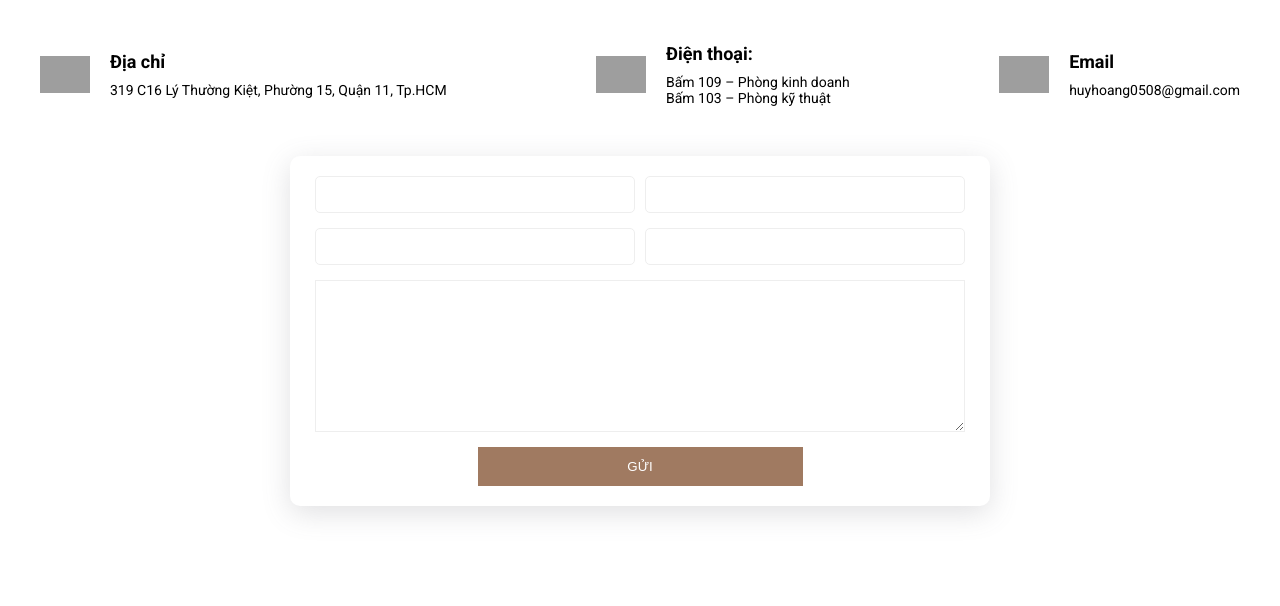
Repository: web345/WEBNANGCAO-clock-
Page: contact.html
These files come from the project's save history. The page is drawn as it stood at one moment and after the next save; the edit follows.
The browser window is 1280 px wide. The pictures show the part of the page from y = 678 to 1285 px (the page is 1284 px tall before and 1285 px after).
Pictures or frames that could not be fetched are drawn as grey boxes. Some web libraries are served in a nearby version.

Above is the page before, as saved 2021-09-10 20:36:35.

### contact.html
<!DOCTYPE html>
<html lang="en">
  <head>
    <meta charset="UTF-8" />
    <meta http-equiv="X-UA-Compatible" content="IE=edge" />
    <meta name="viewport" content="width=device-width, initial-scale=1.0" />
    <title>Document</title>
    <link rel="preconnect" href="https://fonts.gstatic.com" />
    <link
      href="https://fonts.googleapis.com/css2?family=Roboto:ital,wght@0,100;0,300;0,400;0,500;0,700;0,900;1,100;1,300;1,400;1,500;1,700;1,900&display=swap"
      rel="stylesheet"
    />
    <link rel="stylesheet" href="./CSS/index.css" />
    <link rel="stylesheet" href="./CSS/contact.css" />
    <link
      rel="stylesheet"
      href="https://cdnjs.cloudflare.com/ajax/libs/font-awesome/5.15.3/css/all.min.css"
    />
    <!-- thư viện slick slider  -->
    <link
      rel="stylesheet"
      type="text/css"
      href="//cdn.jsdelivr.net/npm/slick-carousel@1.8.1/slick/slick.css"
    />
  </head>
  <body>
    <header>
      <div class="header-1">
        <div class="container">
          <div class="header-1-s">
            <div class="header-1-item-1">
              <p class="header-1-item-text-1">
                <i class="fas fa-map-marker-alt icon"></i> 319 - C16 Lý Thường
                Kiệt, P.15, Q.11, Tp.HCM
              </p>
              <p class="header-1-item-text-1">
                <i class="fas fa-phone-alt icon"></i>
                <a href="" class="header-1-item-text-link">076 922 0162</a>
              </p>
            </div>
            <div class="header-1-item-1">
              <p class="header-1-item-text-2">
                <a href="" class="header-1-item-text-link"
                  ><i class="fab fa-facebook-f"></i
                ></a>
              </p>
              <p class="header-1-item-text-2">
                <a href="" class="header-1-item-text-link"
                  ><i class="fab fa-instagram"></i
                ></a>
              </p>
              <p class="header-1-item-text-2">
                <a href="" class="header-1-item-text-link"
                  ><i class="fab fa-twitter"></i
                ></a>
              </p>
            </div>
          </div>
        </div>
      </div>

      <div class="header-2">
        <div class="container">
          <div class="header-2-s">
            <div class="header-2-logo">
              <img src="./logo/logo-mona-2.png" alt="" />
            </div>

            <div class="header-2-search">
              <input type="text" placeholder="Tìm kiếm" />
              <button type="submit"><i class="fas fa-search"></i></button>
            </div>

            <div class="header-2-right">
              <p class="header-2-right-text">
                <a href=""><i class="fas fa-heart"></i></a>
              </p>
              <p class="header-2-right-cart">
                <span class="header-2-right-number">0</span>
              </p>
            </div>
          </div>
        </div>
      </div>

      <!-- lam phan icon de dropmenu khi responsive -->
      <input type="checkbox" id="toggle-menu" />
      <label for="toggle-menu" class="header-icon-responsive">
        <i class="fas fa-bars" id="header-icon1"></i>
        <i class="fas fa-times" id="header-icon2"></i>
      </label>
      <div class="header-3">
        <div class="header-3-s">
          <ul class="header-3-list">
            <li class="header-3-list-item active">
              <a href="./index.html" class="header-3-list-item-link"
                >Trang chủ</a
              >
            </li>
            <li class="header-3-list-item">
              <a href="./introduce.html" class="header-3-list-item-link"
                >Giới thiệu</a
              >
            </li>
            <li class="header-3-list-item">
              <a href="./product-boy.html" class="header-3-list-item-link"
                >đồng hồ nam</a
              >
            </li>
            <li class="header-3-list-item">
              <a href="./product-girl.html" class="header-3-list-item-link"
                >đồng hồ nữ</a
              >
            </li>
            <li class="header-3-list-item">
              <a href="./news.html" class="header-3-list-item-link">blogs</a>
            </li>
            <li class="header-3-list-item">
              <a href="./contact.html" class="header-3-list-item-link"
                >liên hệ</a
              >
            </li>
            <li class="header-3-list-item">
              <a href="" class="header-3-list-item-link">Đăng nhập</a>
            </li>
            <li class="header-3-list-item header-3-list-item-mobile">
              <div class="header-3-list-item-search">
                <input
                  type="text"
                  name=""
                  id=""
                  class="header-3-list-item-search-input"
                  placeholder="Tìm kiếm"
                />
                <button class="header-3-list-item-search-btn" type="submit">
                  <i class="fas fa-search"></i>
                </button>
              </div>
            </li>
          </ul>
        </div>
      </div>
    </header>
    <!-- hết phần header  -->

    <div class="contact">
      <div class="container">
        <div class="contact-maps">
          <div class="contact__maps-epu">
            <iframe
              src="https://www.google.com/maps/embed?pb=!1m18!1m12!1m3!1d3723.657060482336!2d105.78272751429809!3d21.04640359255304!2m3!1f0!2f0!3f0!3m2!1i1024!2i768!4f13.1!3m3!1m2!1s0x3135abb158a2305d%3A0x5c357d21c785ea3d!2zVHLGsOG7nW5nIMSQ4bqhaSBo4buNYyDEkGnhu4duIEzhu7Fj!5e0!3m2!1svi!2s!4v1631268219230!5m2!1svi!2s"
              width="1200"
              height="450"
              style="border: 0"
              allowfullscreen=""
              loading="lazy"
            ></iframe>
          </div>
        </div>
        <div class="contact-list">
          <div class="contact-item">
            <img src="./contact/contact1.PNG" alt="" class="contact-image" />
            <div class="contact-info">
              <h3 class="info-name">Địa chỉ</h3>
              <p class="info-desc">
                319 C16 Lý Thường Kiệt, Phường 15, Quận 11, Tp.HCM
              </p>
            </div>
          </div>
          <div class="contact-item">
            <img src="./contact/contact2.PNG" alt="" class="contact-image" />
            <div class="contact-info">
              <h3 class="info-name">Điện thoại:</h3>
              <p class="info-desc">Bấm 109 – Phòng kinh doanh</p>
              <p class="info-desc">Bấm 103 – Phòng kỹ thuật</p>
            </div>
          </div>
          <div class="contact-item">
            <img src="./contact/contact3.PNG" alt="" class="contact-image" />
            <div class="contact-info">
              <h3 class="info-name">Email</h3>
              <p class="info-desc">huyhoang0508@gmail.com</p>
            </div>
          </div>
        </div>
        <form action="#">
          <div class="form-group">
            <input type="text" class="contact-form" />
            <input type="text" class="contact-form" />
          </div>
          <div class="form-group">
            <input type="text" class="contact-form" />
            <input type="text" class="contact-form" />
          </div>
          <div class="form-group">
            <textarea name="" id="" cols="30" rows="10"></textarea>
          </div>
          <button type="submit" class="btn-contact">Gửi</button>
        </form>
      </div>
    </div>

    <!-- làm phần footer  -->
    <!-- <footer>
      <div class="container">
        <div class="footer-s">
          <div class="row2">
            <div class="footer-item footer-item-1">
              <h2 class="footer-item-tittle">THÔNG TIN LIÊN HỆ</h2>
              <div class="footer-item-list">
                <div class="footer-item-list-item">
                  <div class="footer-item-list-item-icon">
                    <i class="fas fa-map-marker-alt"></i>
                  </div>
                  <div class="footer-item-list-item-text">
                    <p>
                      <a href=""
                        >319 C16 Lý Thường Kiệt, Phường 15, Quận 11, Tp.HCM</a
                      >
                    </p>
                  </div>
                </div>

                <div class="footer-item-list-item">
                  <div class="footer-item-list-item-icon">
                    <i class="fas fa-phone-alt"></i>
                  </div>
                  <div class="footer-item-list-item-text">
                    <p><a href="">076 922 0162</a></p>
                  </div>
                </div>

                <div class="footer-item-list-item">
                  <div class="footer-item-list-item-icon">
                    <i class="fas fa-envelope-open-text"></i>
                  </div>
                  <div class="footer-item-list-item-text">
                    <p><a href="">demonhunterg@gmail.com mon@mona.media</a></p>
                  </div>
                </div>

                <div class="footer-item-list-item">
                  <div class="footer-item-list-item-icon">
                    <i class="fab fa-skype"></i>
                  </div>
                  <div class="footer-item-list-item-text">
                    <p><a href="">demonhunterp</a></p>
                  </div>
                </div>
              </div>
              <div class="footer-item-icon">
                <div class="footer-item-icon-item footer-item-icon-item-face">
                  <a href=""><i class="fab fa-facebook-f"></i></a>
                </div>
                <div class="footer-item-icon-item footer-item-icon-item-insta">
                  <a href=""><i class="fab fa-instagram"></i></a>
                </div>
                <div
                  class="footer-item-icon-item footer-item-icon-item-twitter"
                >
                  <a href=""><i class="fab fa-twitter"></i></a>
                </div>
                <div class="footer-item-icon-item footer-item-icon-item-wifi">
                  <a href=""><i class="fas fa-wifi"></i></a>
                </div>
                <div class="footer-item-icon-item footer-item-icon-item-linked">
                  <a href=""><i class="fab fa-linkedin-in"></i></a>
                </div>
              </div>
            </div>

            <div class="footer-item footer-item-1">
              <h2 class="footer-item-tittle">LIÊN KẾT</h2>
              <div class="footer-item-list">
                <div class="footer-item-list-item">
                  <div class="footer-item-list-item-text">
                    <p><a href="./introduce.html">Giới thiệu</a></p>
                  </div>
                </div>

                <div class="footer-item-list-item">
                  <div class="footer-item-list-item-text">
                    <p><a href="./product-boy.html">Đồng hồ nam</a></p>
                  </div>
                </div>

                <div class="footer-item-list-item">
                  <div class="footer-item-list-item-text">
                    <p><a href="./product-girl.html">Đồng hồ nữ</a></p>
                  </div>
                </div>

                <div class="footer-item-list-item">
                  <div class="footer-item-list-item-text">
                    <p><a href="./news.html">Blogs</a></p>
                  </div>
                </div>

                <div class="footer-item-list-item">
                  <div class="footer-item-list-item-text">
                    <p><a href="./contact.html">Liên hệ</a></p>
                  </div>
                </div>
              </div>
            </div>

            <div class="footer-item footer-item-1">
              <h2 class="footer-item-tittle">HỖ TRỢ</h2>
              <div class="footer-item-list">
                <div class="footer-item-list-item">
                  <div class="footer-item-list-item-text">
                    <p><a href="./introduce.html">Hướng dẫn mua hàng</a></p>
                  </div>
                </div>

                <div class="footer-item-list-item">
                  <div class="footer-item-list-item-text">
                    <p><a href="./introduce.html">Hướng dẫn thanh toán</a></p>
                  </div>
                </div>

                <div class="footer-item-list-item">
                  <div class="footer-item-list-item-text">
                    <p><a href="./introduce.html">Chính sách bảo hành</a></p>
                  </div>
                </div>

                <div class="footer-item-list-item">
                  <div class="footer-item-list-item-text">
                    <p><a href="./introduce.html">Chính sách đổi trả</a></p>
                  </div>
                </div>

                <div class="footer-item-list-item">
                  <div class="footer-item-list-item-text">
                    <p><a href="./contact.html">Tư vấn khách hàng</a></p>
                  </div>
                </div>
              </div>
            </div>

            <div class="footer-item footer-item-4">
              <h2 class="footer-item-tittle">TẢI ỨNG DỤNG TRÊN</h2>
              <div class="footer-item-list">
                <div class="footer-item-list-item">
                  <div class="footer-item-list-item-text">
                    <p>
                      <a href=""
                        >Ứng dụng Mona Watch hiện có sẵn trên Google Play & App
                        Store. Tải nó ngay.</a
                      >
                    </p>
                  </div>
                </div>

                <div class="footer-item-list-item">
                  <img
                    class="footer-item-list-item-img"
                    src="http://mauweb.monamedia.net/donghohaitrieu/wp-content/uploads/2019/07/img-googleplay.jpg"
                    alt=""
                  />
                </div>

                <div class="footer-item-list-item">
                  <img
                    class="footer-item-list-item-img"
                    src="http://mauweb.monamedia.net/donghohaitrieu/wp-content/uploads/2019/07/img-appstore.jpg"
                    alt=""
                  />
                </div>
              </div>
            </div>
          </div>
        </div>
      </div>
      <h3 class="footer-banquyen">Lương Ngọc Vinh - Nguyễn Huy Hoàng</h3>
    </footer> -->

    <!-- thư viện js của jquery -->
    <script src="https://cdnjs.cloudflare.com/ajax/libs/jquery/3.6.0/jquery.min.js"></script>
    <!-- thư viện js của AOS -->
    <script src="https://cdnjs.cloudflare.com/ajax/libs/aos/2.0.2/aos.js"></script>
    <script>
      AOS.init({
        offset: 120,
        duration: 500,
      });
    </script>
    <!-- thư viện js của slick slider -->
    <script
      type="text/javascript"
      src="//cdn.jsdelivr.net/npm/slick-carousel@1.8.1/slick/slick.min.js"
    ></script>
    <script>
      $(document).ready(function () {
        $(".single-item").slick({
          autoplay: true,
          autoplaySpeed: 2000,
          prevArrow: ".main-banner-arrow-left",
          nextArrow: ".main-banner-arrow-right",
        });

        $(".responsive").slick({
          dots: false,
          infinite: true,
          speed: 300,
          slidesToShow: 4,
          slidesToScroll: 4,
          prevArrow: ".main-3-tittle-arrow-left",
          nextArrow: ".main-3-tittle-arrow-right",
          autoplay: true,
          autoplaySpeed: 1500,
          responsive: [
            {
              breakpoint: 1024,
              settings: {
                slidesToShow: 3,
                slidesToScroll: 3,
                infinite: true,
                dots: false,
              },
            },
            {
              breakpoint: 680,
              settings: {
                slidesToShow: 2,
                slidesToScroll: 2,
              },
            },
            {
              breakpoint: 480,
              settings: {
                slidesToShow: 1,
                slidesToScroll: 1,
              },
            },
            // You can unslick at a given breakpoint now by adding:
            // settings: "unslick"
            // instead of a settings object
          ],
        });
      });
    </script>
  </body>
</html>

### CSS/contact.css
.contact {
  margin-top: 30px;
  margin-bottom: 100px;
}

.contact-list {
  margin-top: 40px;
  display: flex;
  justify-content: space-between;
}
.contact-item {
  display: flex;
  align-items: center;
}

.contact-item img {
  width: 50px;
  margin-right: 20px;
}

h3.info-name {
  font-size: 18px;
  margin-bottom: 10px;
}

form {
  max-width: 700px;
  width: 100%;
  margin: 50px auto 0;
  background-color: #fff;
  box-shadow: rgba(100, 100, 111, 0.2) 0px 7px 29px 0px;
  padding: 20px 25px;
  border-radius: 10px;
}

.form-group {
  display: flex;
  align-items: center;
  gap: 10px;
  margin-bottom: 15px;
}

.form-group input {
  width: 50%;
  padding: 10px 15px;
  outline: none;
  border: 1px solid #eee;
  border-radius: 5px;
  transition: all 0.25s linear;
}

.form-group input:focus,
.form-group textarea:focus {
  border-color: #3d6ef7;
}

.form-group textarea {
  width: 100%;
  outline: none;
  border: 1px solid #eee;
}

button.btn-contact {
  margin: 0 auto;
  padding: 12px 24px;
  width: 50%;
  display: block;
  outline: none;
  border: none;
  cursor: pointer;
  background-color: #a07a61;
  color: #fff;
  text-transform: uppercase;
  transition: all 0.25s linear;
}

button.btn-contact:hover {
  opacity: 0.6;
}

Loaded but not shown: CSS/index.css (1088 lines, source omitted)

After the next save:
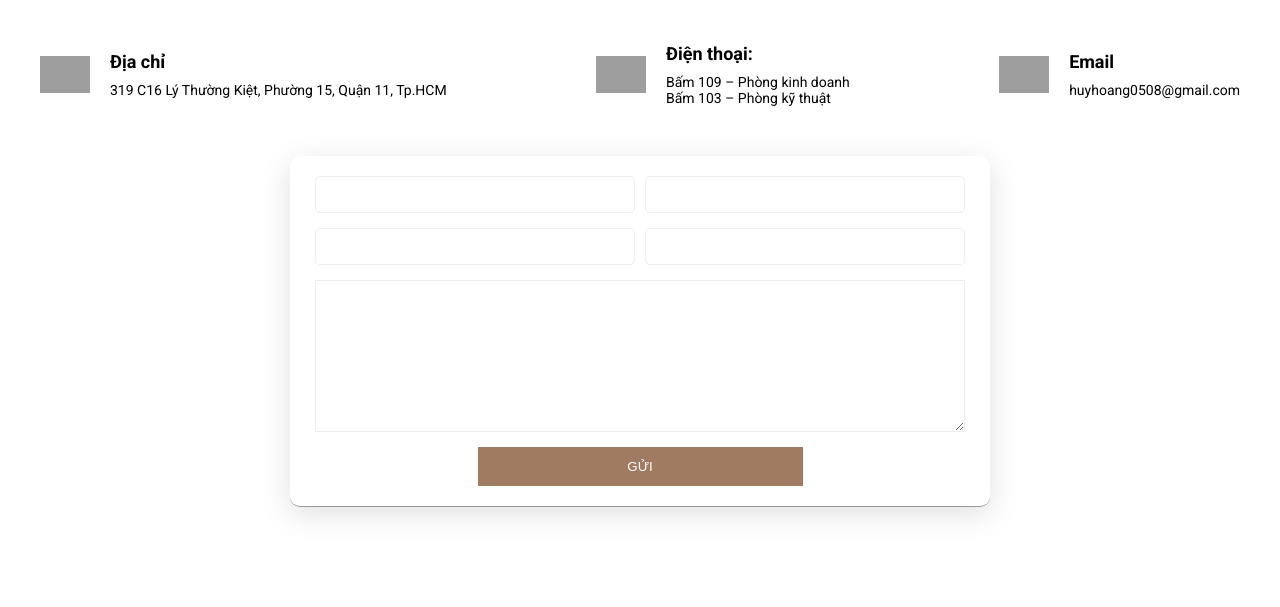
Saved 35 s later.
--- a/CSS/contact.css
+++ b/CSS/contact.css
@@ -31,6 +31,7 @@ form {
   box-shadow: rgba(100, 100, 111, 0.2) 0px 7px 29px 0px;
   padding: 20px 25px;
   border-radius: 10px;
+  border-bottom: 1px solid #999;
 }
 
 .form-group {
